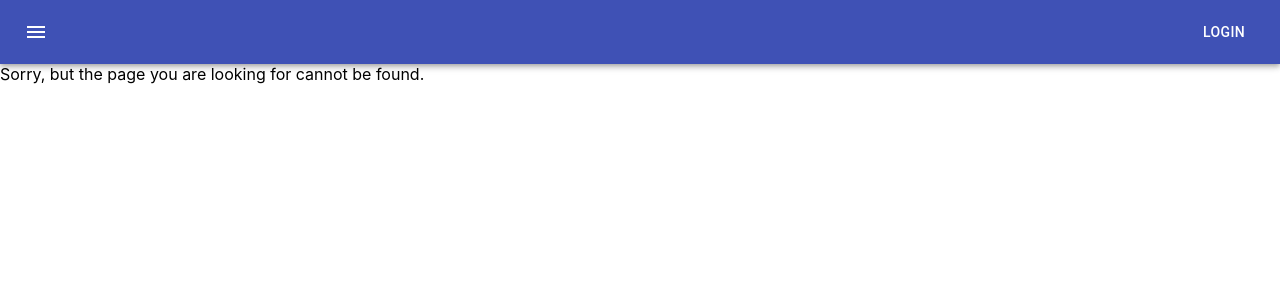
Repository: kinetic-coder/career-manager
Page: /
An editor plug-in stored every save of this project. The page is shown before and after the next save, followed by the edit.
The browser window is 1280 px wide. The pictures show the whole page.
The project was rebuilt for these pictures with package versions that can differ from the ones it lists, and the page was loaded fresh each time.

Above is the page before, as saved 2020-10-08 10:39:03.

After the next save:
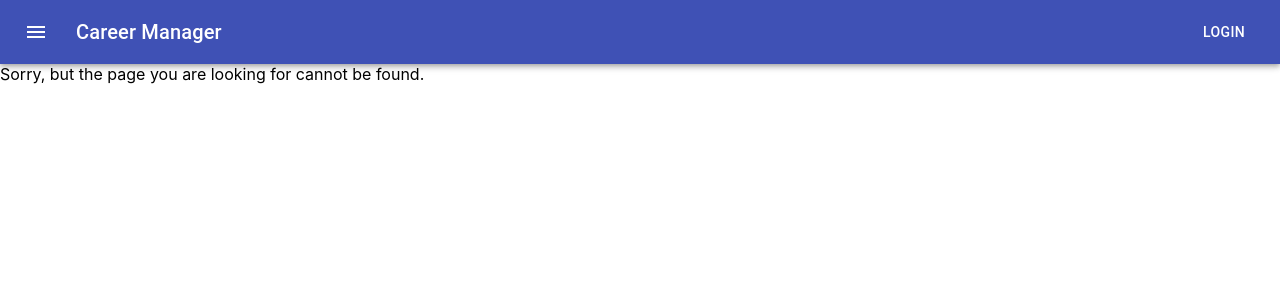
Saved 5 s later.
--- a/src/views/HomePage.js
+++ b/src/views/HomePage.js
@@ -30,7 +30,7 @@ const useStyles = makeStyles((theme) => ({
               <MenuIcon />
             </IconButton>
             <Typography variant="h6" className={classes.title}>
-
+              Career Manager
             </Typography>
             <Button color="inherit">Login</Button>
           </Toolbar>
